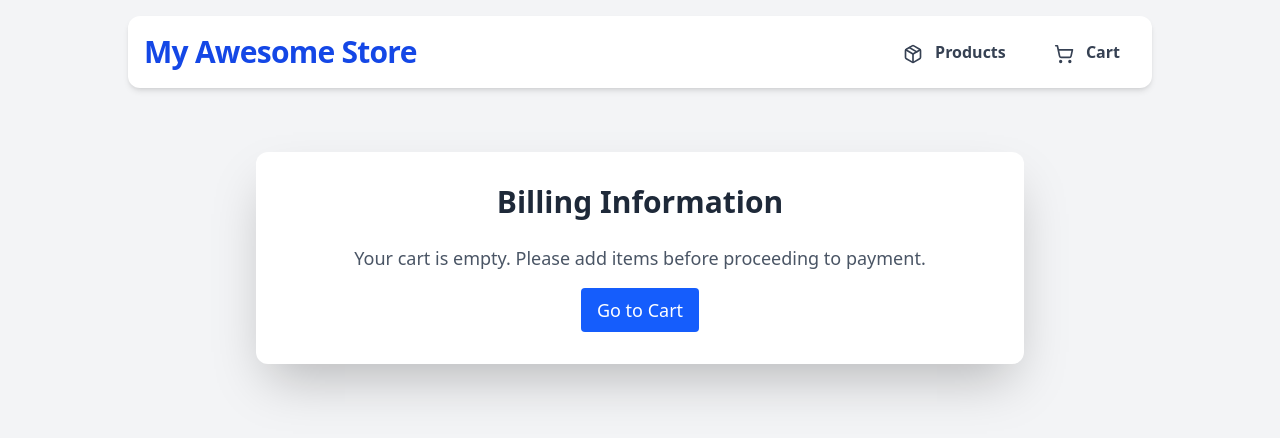
Repository: EphrahimLaanyu123/admin-panel
Page: /billing
The author's editor kept a copy of each file at every save. The page is drawn from the files as they stood at one save, then again after the next save.
The browser window is 1280 px wide. The pictures show the whole page.
The page's requests for data from a server got no answer. The project was rebuilt for these pictures with package versions that can differ from the ones it lists, and the page was loaded fresh each time. No one was signed in, and anything a server would have sent is missing. Also part of the build but not shown: vite.config.js, src/components/Cart.jsx, src/components/PaymentSuccess.jsx.

Above is the page before, as saved 2025-06-13 16:20:01.

After the next save:
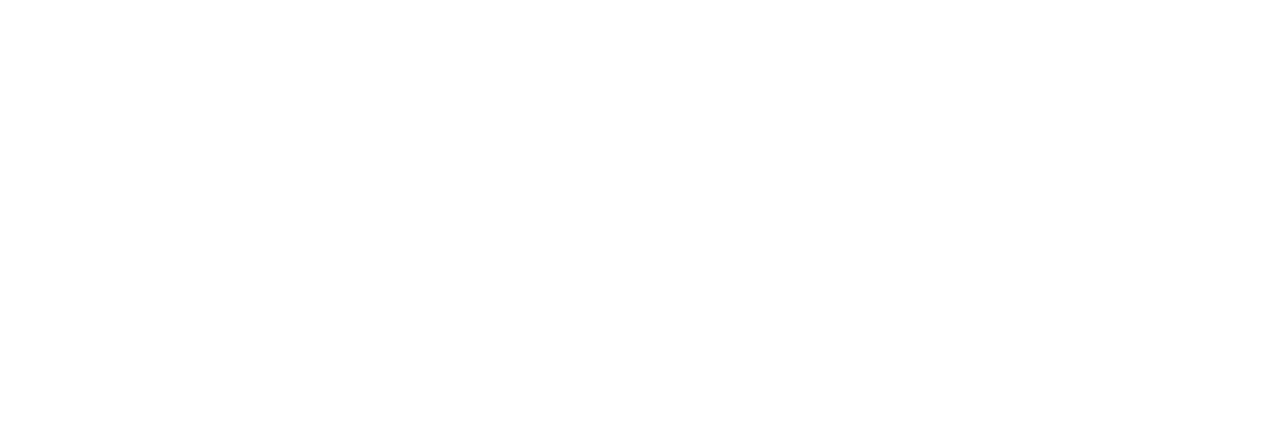
Console error: ReferenceError: ex is not defined
Saved 10 s later.
--- a/src/components/ProductsData.jsx
+++ b/src/components/ProductsData.jsx
@@ -5,3 +5,5 @@
     { id: '4', name: 'Laptop Stand', price: 29.99, imageUrl: 'https://placehold.co/200x200/48CAE4/03045E?text=Stand', description: 'Ergonomic design to elevate your laptop for better posture.' },
     { id: '5', name: 'External SSD 1TB', price: 119.99, imageUrl: 'https://placehold.co/200x200/00B4D8/03045E?text=SSD', description: 'Fast and reliable storage for all your files and backups.' },
   ];
+
+ex

After the 4 saves that followed:
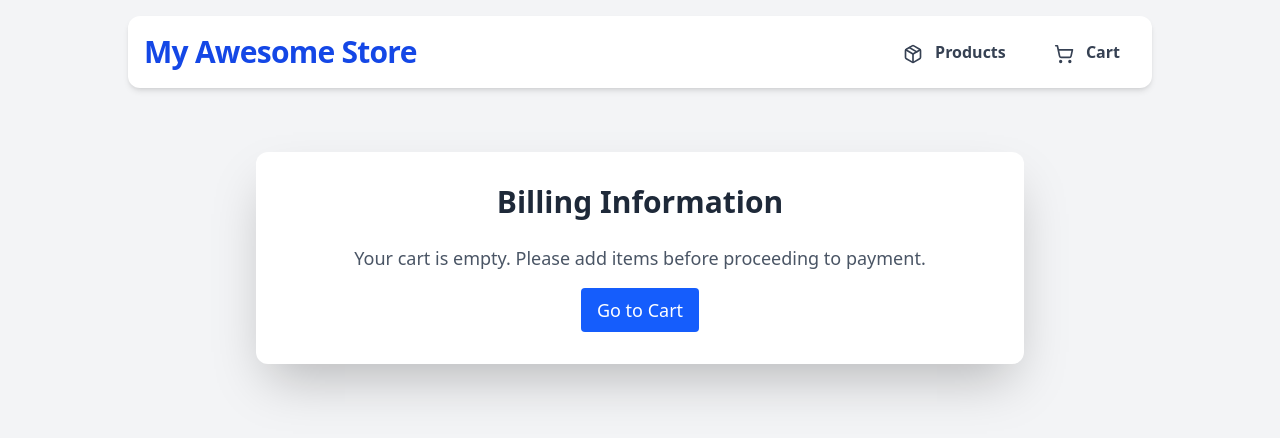
The error is gone.
The 4 saves are shown as one change because 1 did not build or start and 1 left the picture as it was and some came seconds apart.
The last was saved 14 s later.
--- a/src/components/ProductsData.jsx
+++ b/src/components/ProductsData.jsx
@@ -6,4 +6,4 @@
     { id: '5', name: 'External SSD 1TB', price: 119.99, imageUrl: 'https://placehold.co/200x200/00B4D8/03045E?text=SSD', description: 'Fast and reliable storage for all your files and backups.' },
   ];
 
-ex
+export default productList;
